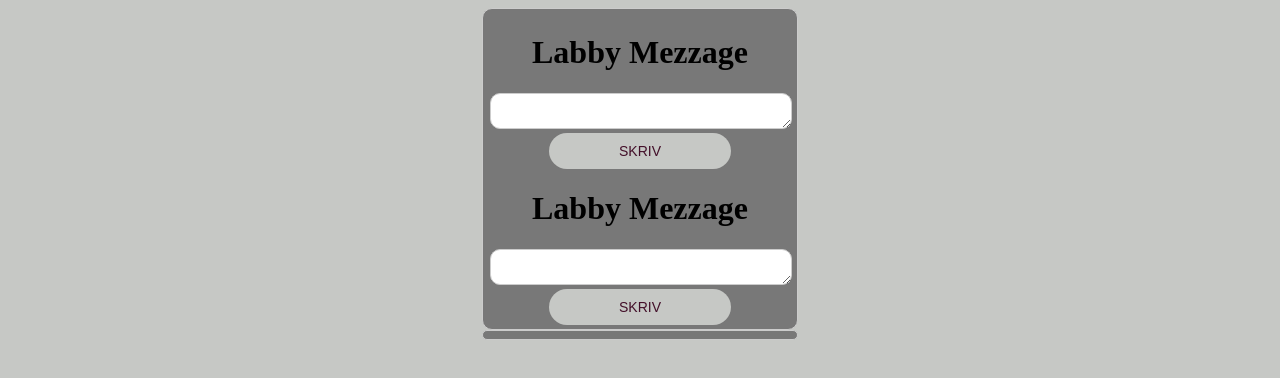
Repository: Angamanga/1dv403-laborationer
Page: 2-labbymezzage/index.html
The author's editor kept a record of every edit. The page is drawn from the files as they stood at one moment, then again after the next edit.
The browser window is 1280 px wide. The pictures show the whole page.
Some web fonts or font styles are not loaded; a fallback is used.

Above is the page before.

After the next edit:
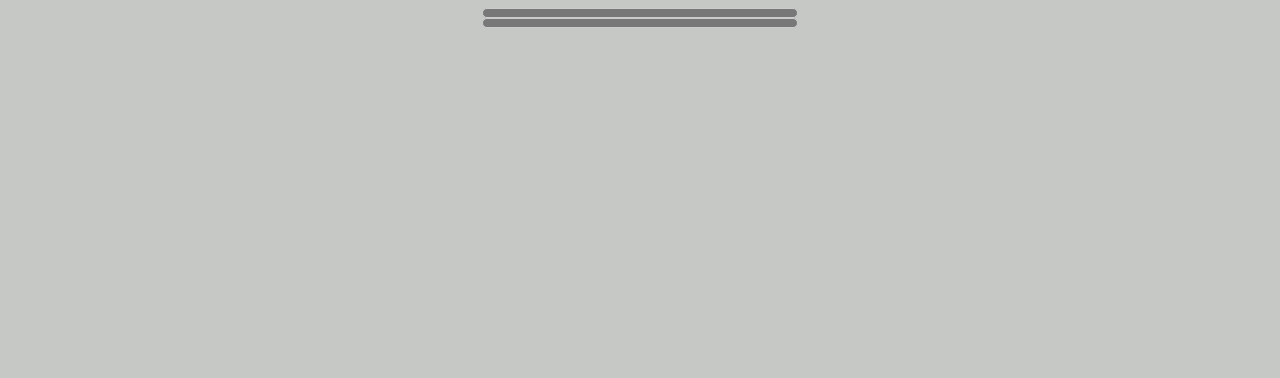
Console error: TypeError: Cannot read properties of null (reading 'appendChild')
The edit:
--- a/2-labbymezzage/js/script.js
+++ b/2-labbymezzage/js/script.js
@@ -2,10 +2,8 @@
 
 window.onload = function(){
     var board1 = new MessageBoard("board1");
-
-    board1.init();
-     var board2 = new MessageBoard("board2");
-
-    board1.init();
+    board1.createBoard(board1);
+    var board2 = new MessageBoard("board2");
+    board2.init();
 
 };
